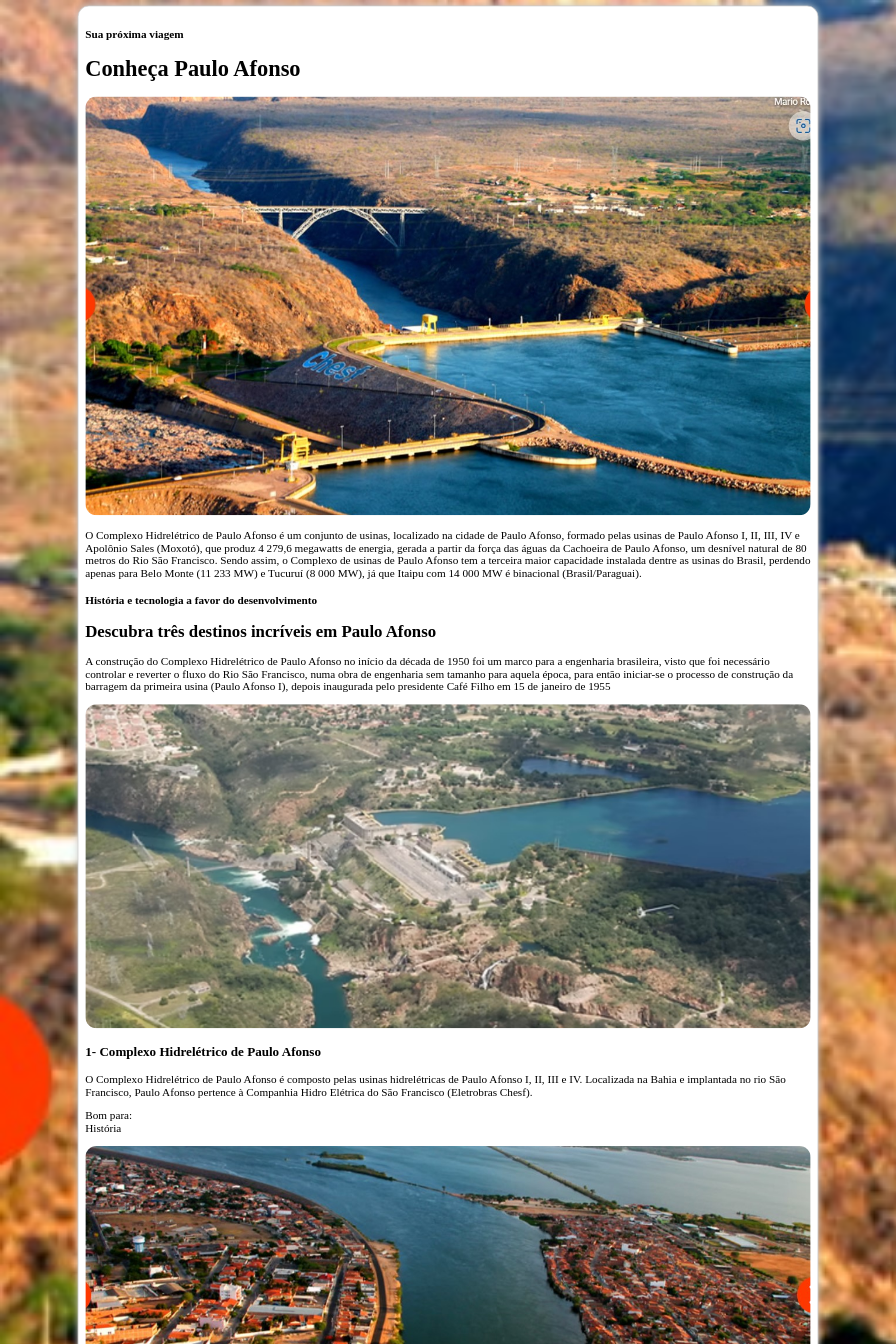
Repository: JeffRodFer/testeGitXGithub
Page: index.html
An editor plug-in stored every save of this project. The page is shown before and after the next save, followed by the edit.
The browser window is 1280 px wide. The pictures show the part of the page from y = 0 to 1920 px (the page is 3110 px tall), at 70% of full size.

Above is the page before, as saved 2025-03-15 22:46:28.

### index.html
<!DOCTYPE html>
<html lang="pt-br">
<head>
    <meta charset="UTF-8">
    <meta name="viewport" content="width=device-width, initial-scale=1.0">
    <title>Local Turístico</title>
    <link rel="stylesheet" href="style.css">

</head>
<body>
    <main class="page">
        <div>
            <h4>Sua próxima viagem</h4>
            <h1>Conheça Paulo Afonso</h1>
            <section>
                <img src="assets/main.jpg" alt="visão geral da hidroelêtrica">
                <p>O Complexo Hidrelétrico de Paulo Afonso é um conjunto de usinas, localizado na cidade de Paulo Afonso, formado pelas usinas de Paulo Afonso I, II, III, IV e Apolônio Sales (Moxotó), que produz 4 279,6 megawatts de energia, gerada a partir da força das águas da Cachoeira de Paulo Afonso, um desnível natural de 80 metros do Rio São Francisco. Sendo assim, o Complexo de usinas de Paulo Afonso tem a terceira maior capacidade instalada dentre as usinas do Brasil, perdendo apenas para Belo Monte (11 233 MW) e Tucuruí (8 000 MW), já que Itaipu com 14 000 MW é binacional (Brasil/Paraguai). </p>
            </section>
            <section>
                <h4>História e tecnologia a favor do desenvolvimento</h4>
                <h2>Descubra três destinos incríveis em Paulo Afonso</h2>
                <p>
                         A construção do Complexo Hidrelétrico de Paulo Afonso no início da década de 1950 foi um marco para a engenharia brasileira, visto que foi necessário controlar e reverter o fluxo do Rio São Francisco, numa obra de engenharia sem tamanho para aquela época, para então iniciar-se o processo de construção da barragem da primeira usina (Paulo Afonso I), depois inaugurada pelo presidente Café Filho em 15 de janeiro de 1955
                </p>
                <img src="assets/complexohidroele.jpg" alt="hidroelêtrica">
                <h3>1- Complexo Hidrelétrico de Paulo Afonso</h3>
                <p>
                     O Complexo Hidrelétrico de Paulo Afonso é composto pelas usinas hidrelétricas de Paulo Afonso I, II, III e IV. Localizada na Bahia e implantada no rio São Francisco, Paulo Afonso pertence à Companhia Hidro Elétrica do São Francisco (Eletrobras Chesf).
                </p>
                <P>Bom para: <br>
                   História </P>
            </section>
            <section>
                <img src="assets/aerea.jpg" alt="praias para banho as margens do Rio São Francisco">
                <h3>2- Praias para banho as margens do Rio São Francisco.</h3>
                <p>
                    Na zona urbana do município, a praia Canto das Águas, conhecida como Prainha de Glória; Na zona rural, além de várias serras, a praia do Bode Assado, as trilhas ecológicas e as agrovilas, onde é possível visitar os projetos agrícolas irrigados com as águas do Rio São Francisco.
                </p>
                <p>Bom para: <br>
                    Lazer</p>
            </section>
            <section>
                <img src="assets/quedasdagua.jpg" alt="quedas d'agua nos canions do rio são francisco">
                <h3>3- Quedas d'água nos canions do Rio São Francisco.</h3>
                <p>
                    A região é conhecida como "O Canion da Água" e possui a maior quantidade de quedas d'água do mundo, com mais de 100 canions. A maior delas, o Canion de São Francisco, tem quase 100m de altura. Além de um estrutura com restaurantes e pousasdas que servem como ponto de partida para os turistas que fazem expedições pelo grande Rio São Francisco.
                </p>
                <p>Bom para: <br>
                    Turismo <br>
                    Lazer <br>
                    Aventura</p>
            </section>
            <p>Lorem ipsum dolor, sit amet consectetur adipisicing elit. Aspernatur tempore eum eveniet optio obcaecati sed mollitia porro, perspiciatis atque quae, fuga, praesentium itaque quibusdam corporis in eos repellat. Illo, qui.</p>
            <p>Lorem ipsum dolor sit amet consectetur adipisicing elit. Doloribus possimus similique ex voluptate quis dolor, impedit exercitationem quos a quaerat quo magni voluptas accusamus cupiditate, tempore asperiores, blanditiis inventore saepe.</p>
        </div>
    </main>
</body>
</html>

### style.css
body {
    /* background-color: white; */
    background-image: url(assets/main.jpg);
    background-size: cover;

}

.page {
    width: 82%;
    margin: 0 auto;
    padding: 10px;
    background-color: white;
    border: 1px solid #ccc;
    border-radius: 16px;
    box-shadow: 0 0 10px #ccc;
}
img
    {
        max-width: 100%;
        height: auto;
        border-radius: 16px;
    }

 .page p pre{
    color: red;
}
h1, h2, h3 {
    color: black;
    text-decoration: bold;
}

After the next save:
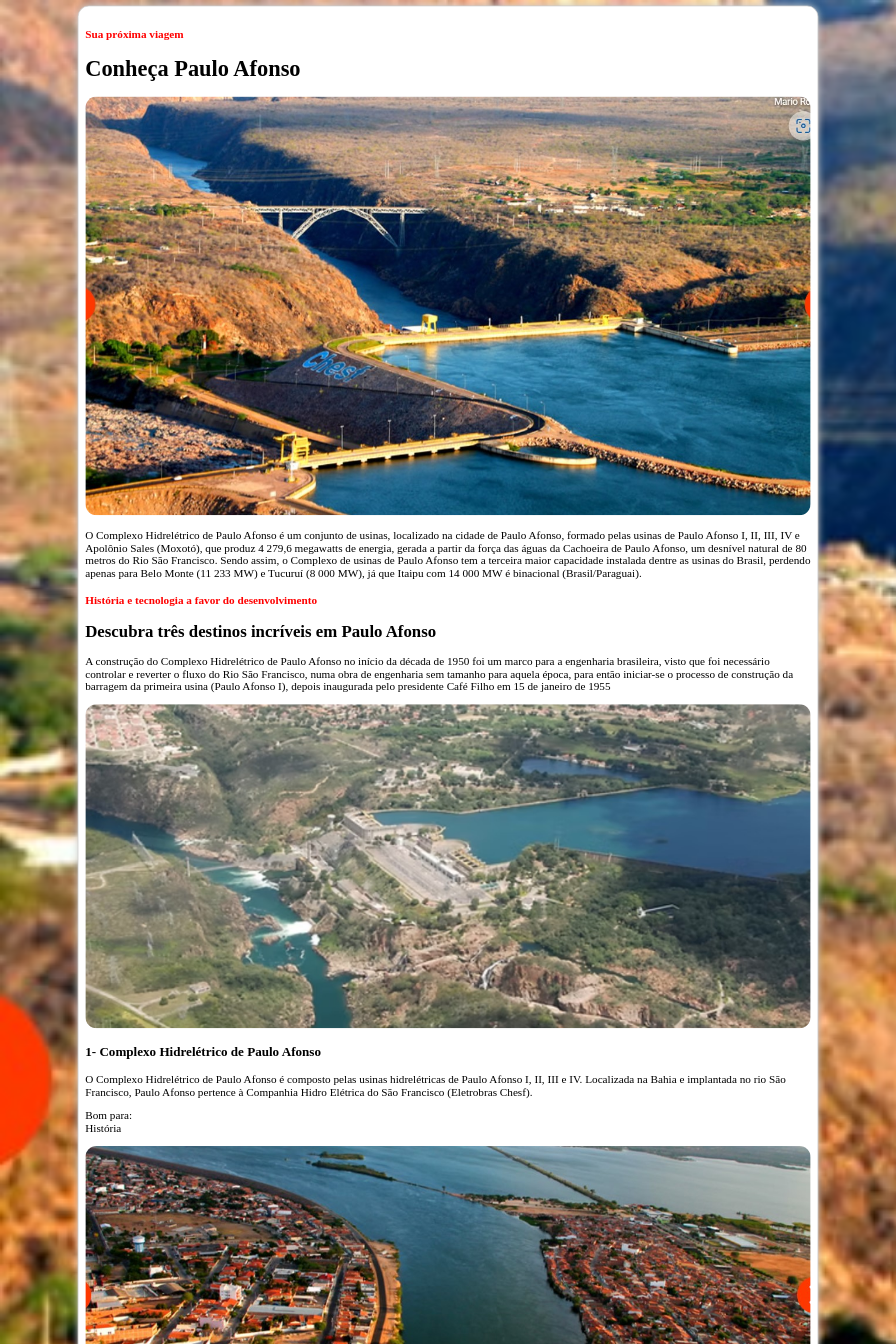
Saved 16 s later.
--- a/style.css
+++ b/style.css
@@ -21,7 +21,7 @@ img
         border-radius: 16px;
     }
 
- .page p pre{
+ h4{
     color: red;
 }
 h1, h2, h3 {
